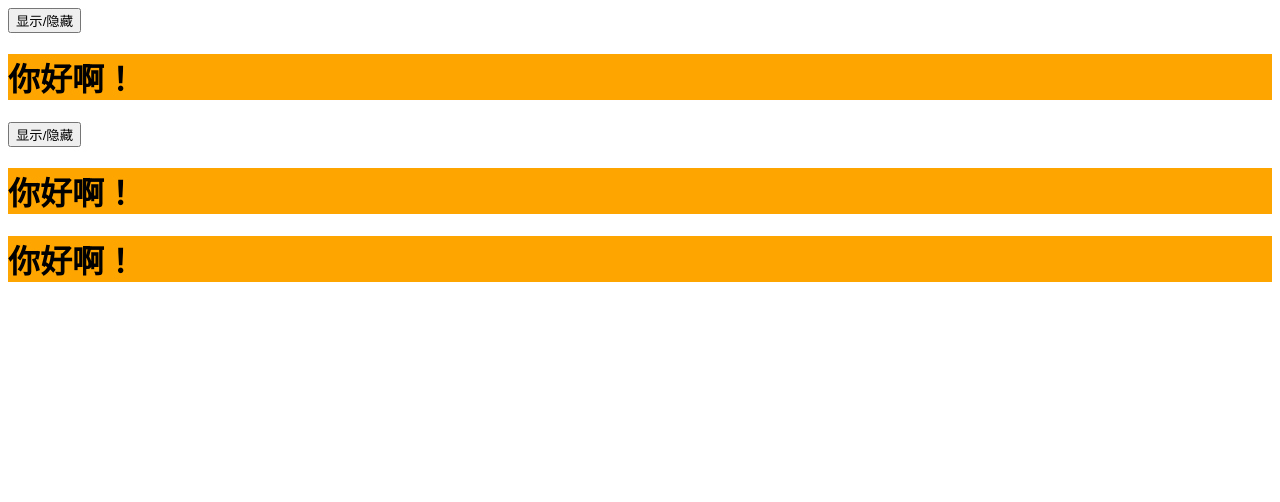
Repository: 13067902180/vue2.0study
Page: /
These files come from the project's save history. The page is drawn as it stood at one moment and after the next save; the edit follows.
The browser window is 1280 px wide. The pictures show the whole page.
The project was rebuilt for these pictures with package versions that can differ from the ones it lists, and the page was loaded fresh each time. Also part of the build but not shown: vue.config.js.

Above is the page before, as saved 2023-02-24 14:21:29.

After the next save:
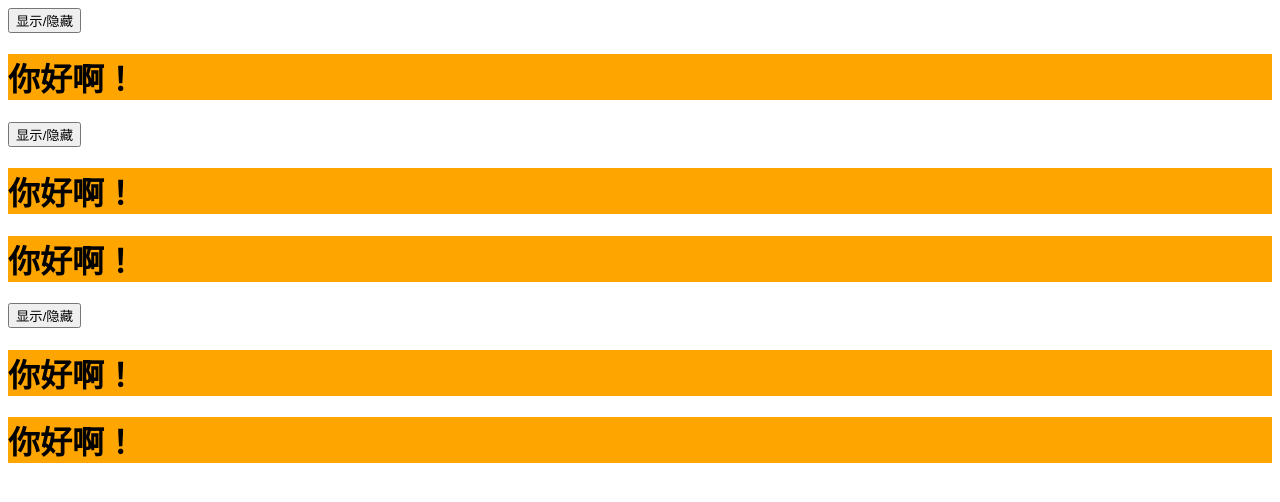
Saved 88 s later.
--- a/src/App.vue
+++ b/src/App.vue
@@ -2,6 +2,7 @@
   <div id="app">
     <Test></Test>
     <Test2></Test2>
+    <Test3></Test3>
   </div>
 </template>
 
@@ -9,6 +10,7 @@
 // 引入组件  组件全放到components
 import Test from "./components/Test.vue";
 import Test2 from "./components/Test2.vue";
+import Test3 from "./components/Test3.vue";
 export default {
   name: "App",
 
@@ -17,6 +19,7 @@ export default {
     // eslint-disable-next-line vue/no-unused-components
     Test,
     Test2,
+    Test3,
   },
 };
 </script>
